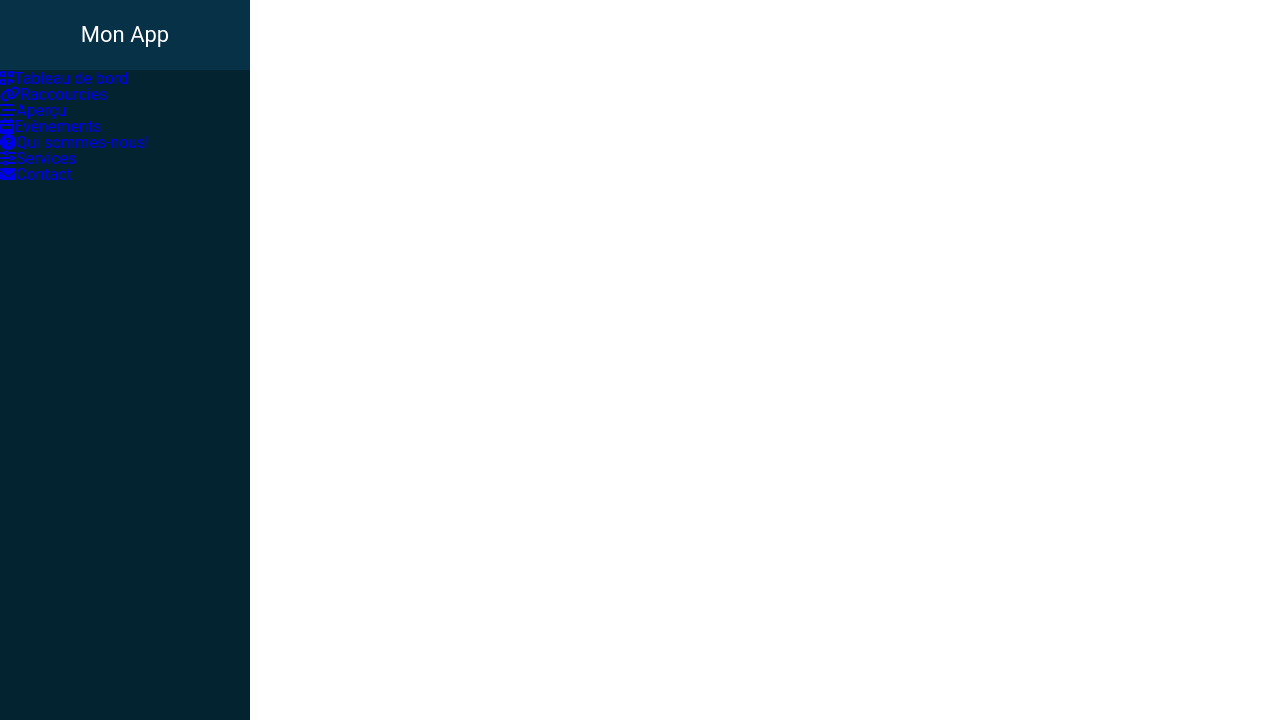
Repository: Alex-Serky/Dossier-Nav
Page: Nav-Sidebar/index.html
An editor plug-in stored every save of this project. The page is shown before and after the next save, followed by the edit.
The browser window is 1280 px wide. The pictures show the whole page.
Some web libraries are served in a nearby version.

Above is the page before, as saved 2020-02-21 09:23:38.

### Nav-Sidebar/index.html
<!DOCTYPE html>
<html lang="en">

<head>
    <meta charset="UTF-8">
    <meta name="viewport" content="width=device-width, initial-scale=1.0">
    <meta http-equiv="X-UA-Compatible" content="ie=edge">
    <link rel="stylesheet" href="style.css">
    <script src="https://kit.fontawesome.com/a076d05399.js"></script>
    <title>Menu design</title>
</head>

<body>
    <div class="sidebar">
        <header>Mon App</header>
        <ul>
            <li><a href="#"><i class="fas fa-qrcode"></i>Tableau de bord</a></li>
            <li><a href="#"><i class="fas fa-link"></i>Raccourcies</a></li>
            <li><a href="#"><i class="fas fa-stream"></i>Aperçu</a></li>
            <li><a href="#"><i class="fas fa-calendar-week"></i>Evènements</a></li>
            <li><a href="#"><i class="fas fa-question-circle"></i>Qui sommes-nous!</a></li>
            <li><a href="#"><i class="fas fa-sliders-h"></i>Services</a></li>
            <li><a href="#"><i class="fas fa-envelope"></i>Contact</a></li>
        </ul>
    </div>
</body>

</html>

### Nav-Sidebar/style.css
@import url('https://fonts.googleapis.com/');

body {
  font-family: 'Roboto', sans-serif;
}

* {
  margin: 0;
  padding: 0%;
  list-style: none;
  text-decoration: none;
}

.sidebar {
  position: fixed;
  left: 0;
  width: 250px;
  height: 100%;
  background: #042331;
}

.sidebar header {
  font-size: 22px;
  color: white;
  text-align: center;
  line-height: 70px;
  background: #063146;
  user-select: none;
}

.sidebar ul a {
  display: block;
  height: 100%;
  width: 100%;
  line-height: 65%;
}

After the next save:
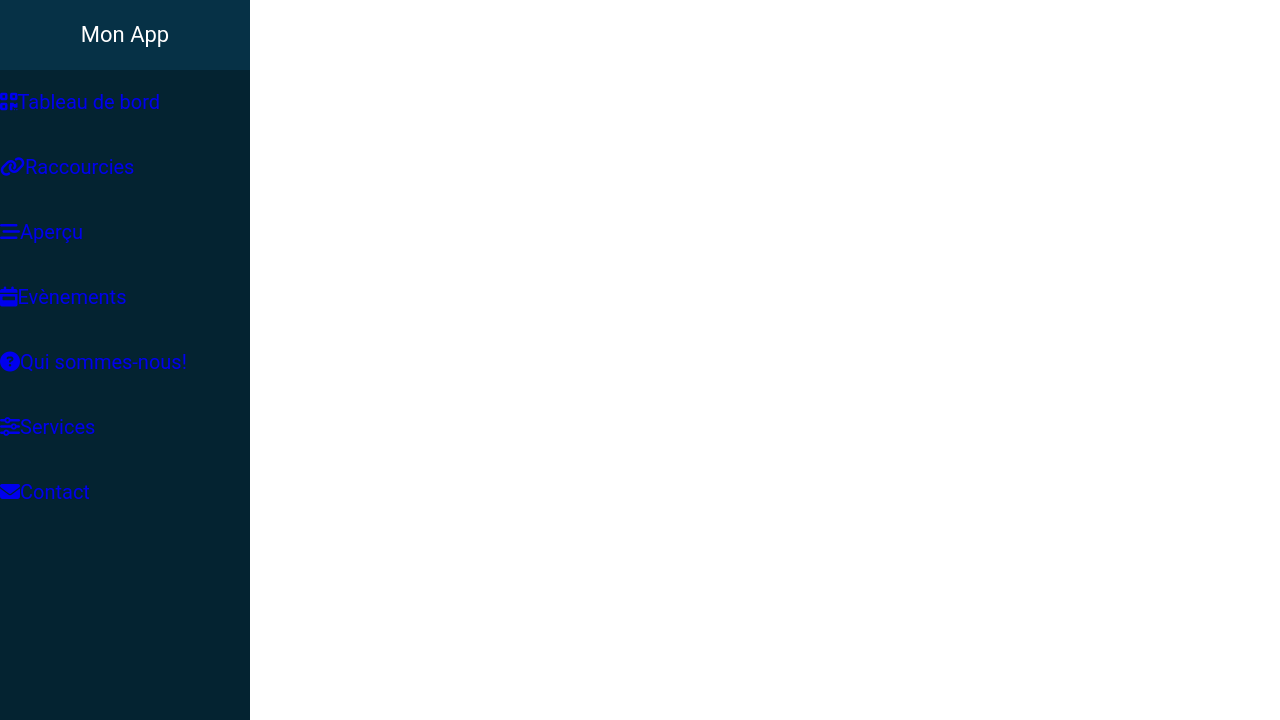
Saved 46 s later.
--- a/Nav-Sidebar/style.css
+++ b/Nav-Sidebar/style.css
@@ -32,5 +32,6 @@ body {
   display: block;
   height: 100%;
   width: 100%;
-  line-height: 65%;
+  line-height: 65px;
+  font-size: 20px;
 }
